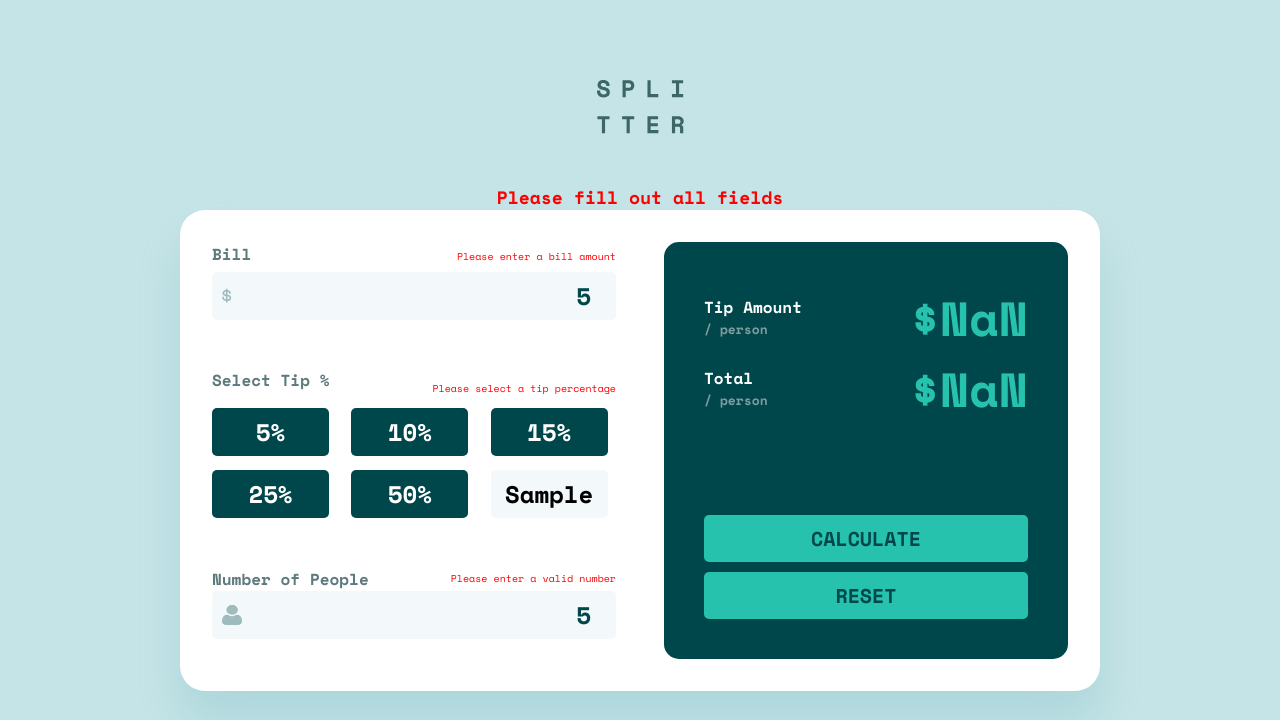
Repository: brandontaylor1/splitter
Page: index.html
An editor plug-in stored every save of this project. The page is shown before and after the next save, followed by the edit.
The browser window is 1280 px wide. The pictures show the whole page.
Empty fields were first filled with sample values (such as "Sample", 5 or name@example.com).
After loading, the first visible `#calculate-button` was clicked once.

Above is the page before, as saved 2025-02-07 13:46:48.

After the next save:
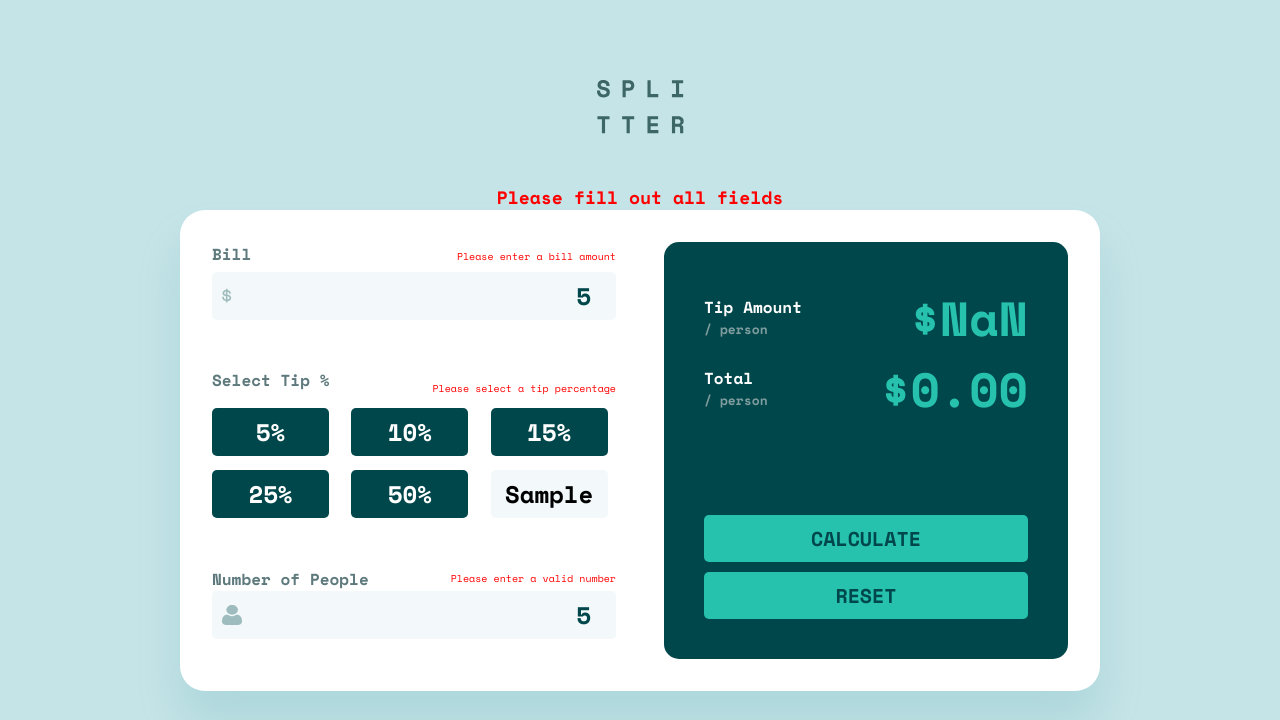
Saved 105 s later.
--- a/index.js
+++ b/index.js
@@ -57,7 +57,7 @@ function calculateTipAmount(bill, tipCalculated, people) {
 
 function calculateTotalAmount(bill, tipAmount, people) {
     const totalBill = (bill + tipAmount) / people
-    total.innerText = `$${totalBill.toFixed(2)}`
+
 }
 
 calculateBtn.addEventListener("click", () => {
